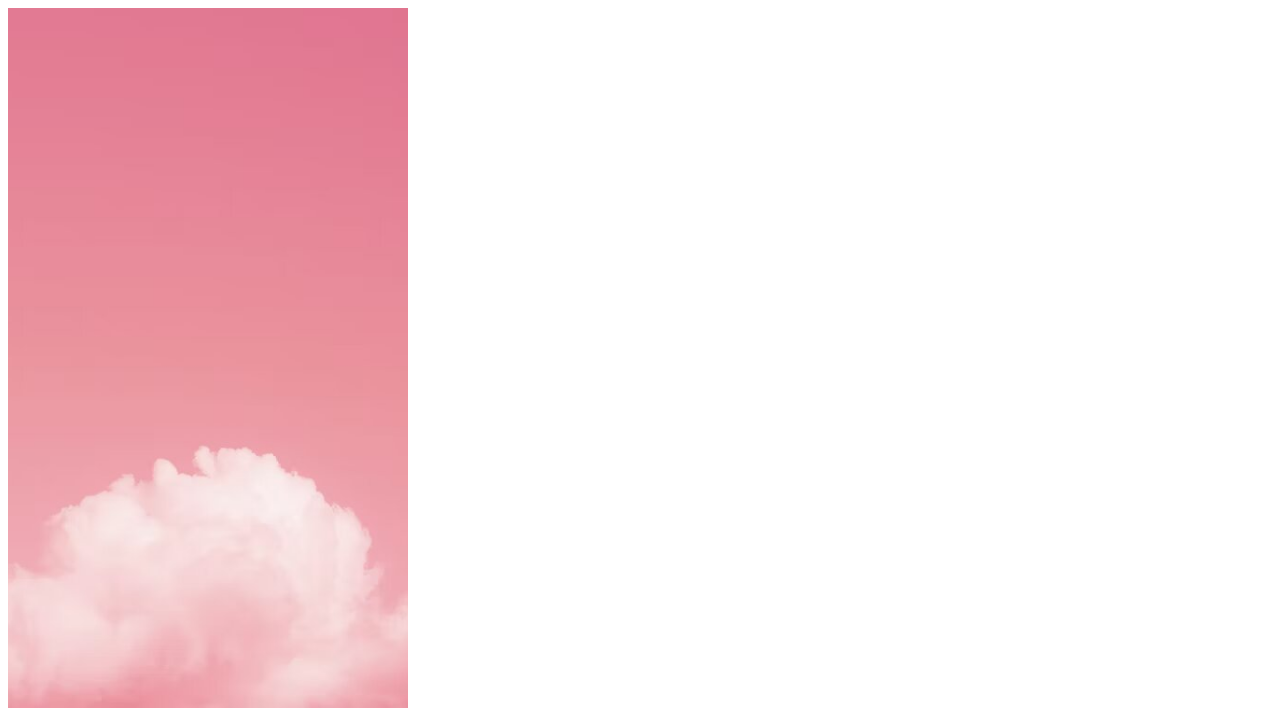
Repository: asya-aisa/grocery-list
Page: /
The author's editor kept a copy of each file at every save. The page is drawn from the files as they stood at one save, then again after a run of saves.
The browser window is 1280 px wide. The pictures show the whole page.
The project was rebuilt for these pictures with package versions that can differ from the ones it lists, and the page was loaded fresh each time.

Above is the page before, as saved 2023-07-14 14:40:38.

After the next 4 saves:
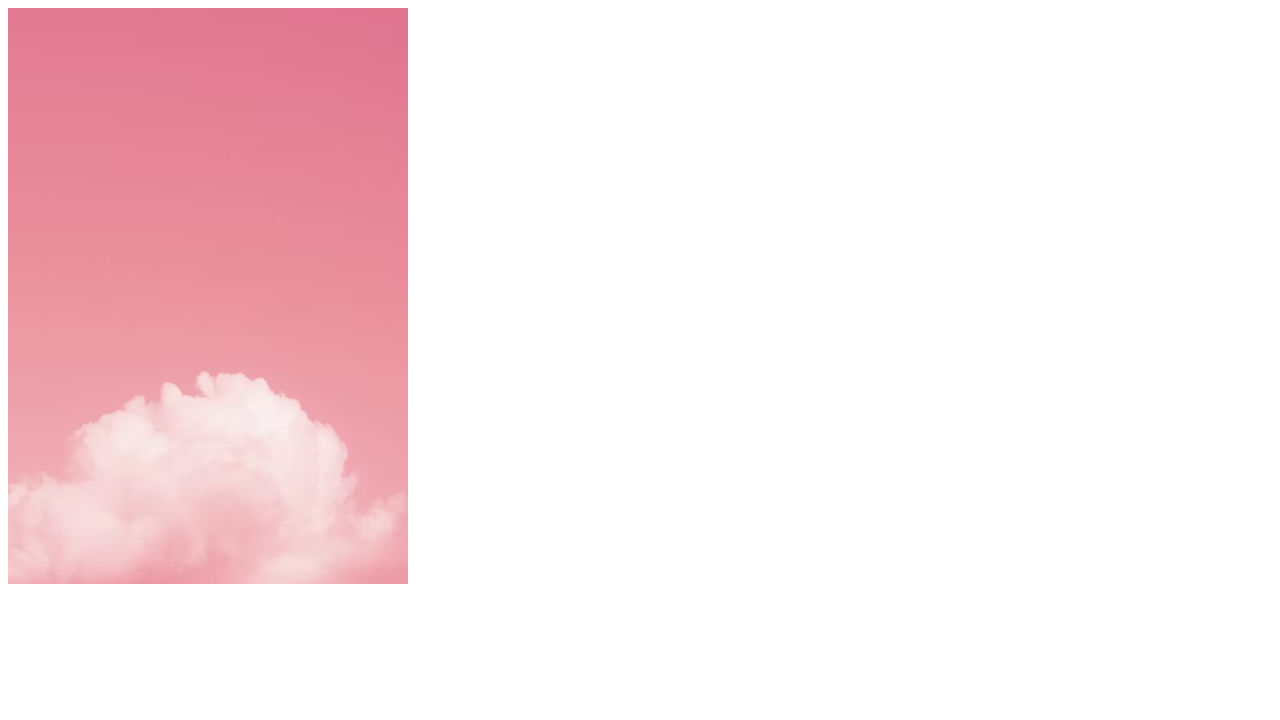
The 4 saves are shown as one change because they came seconds apart.
The last was saved 2 min 55 s later.
--- a/src/App.css
+++ b/src/App.css
@@ -4,6 +4,7 @@
   background-size: cover;
   background-repeat: no-repeat;
   width: 400px;
-  height: 700px;
+  min-height: 80vh;
+  marg
 
 }
